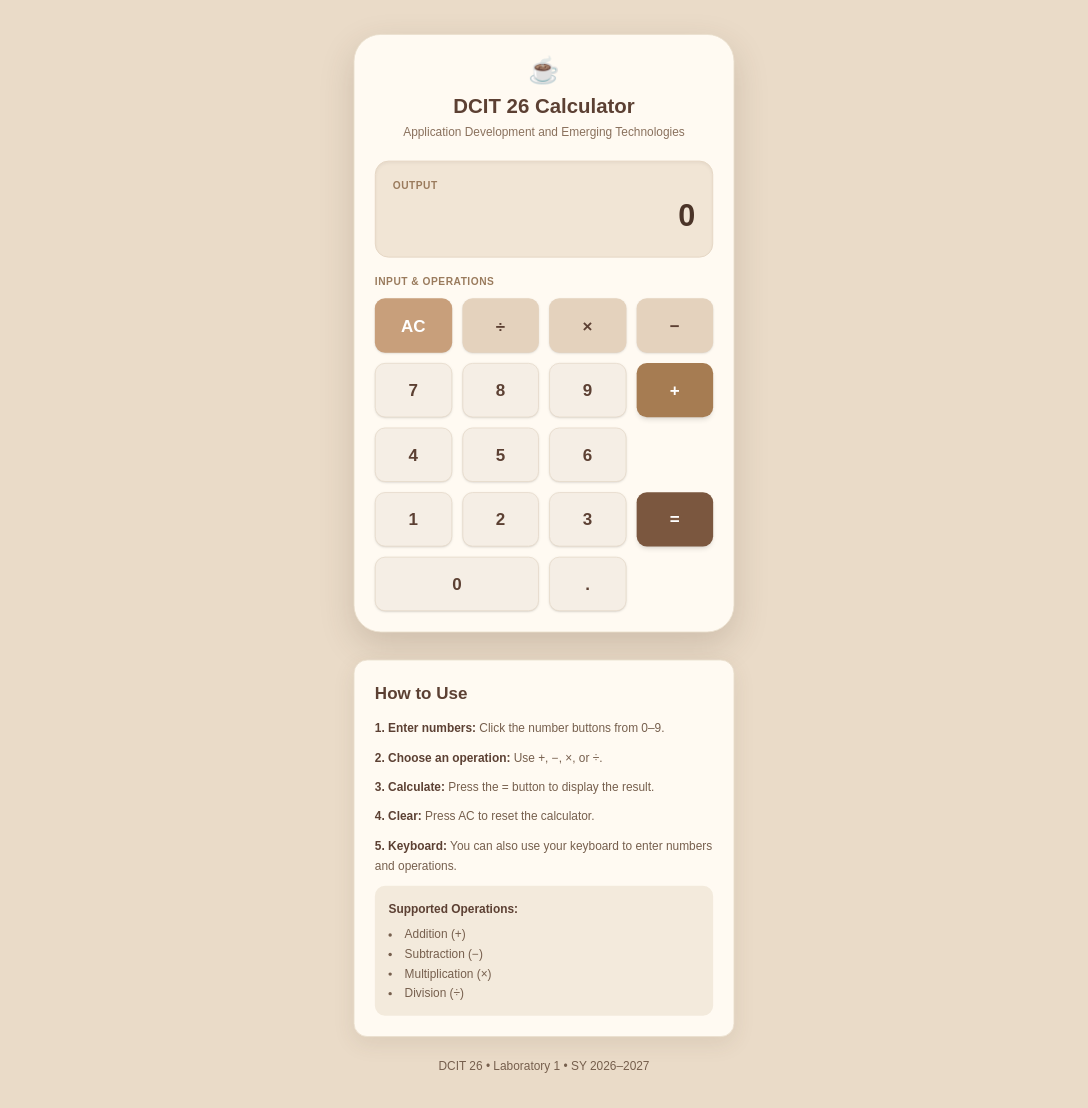
Repository: JulyoGit/first
Page: /
The author's editor kept a copy of each file at every save. The page is drawn from the files as they stood at one save, then again after the next save.
The browser window is 1280 px wide. The pictures show the whole page, at 85% of full size.
The project was rebuilt for these pictures with package versions that can differ from the ones it lists, and the page was loaded fresh each time. Also part of the build but not shown: vite.config.js.

Above is the page before, as saved 2026-09-23 15:05:44.

After the next save:
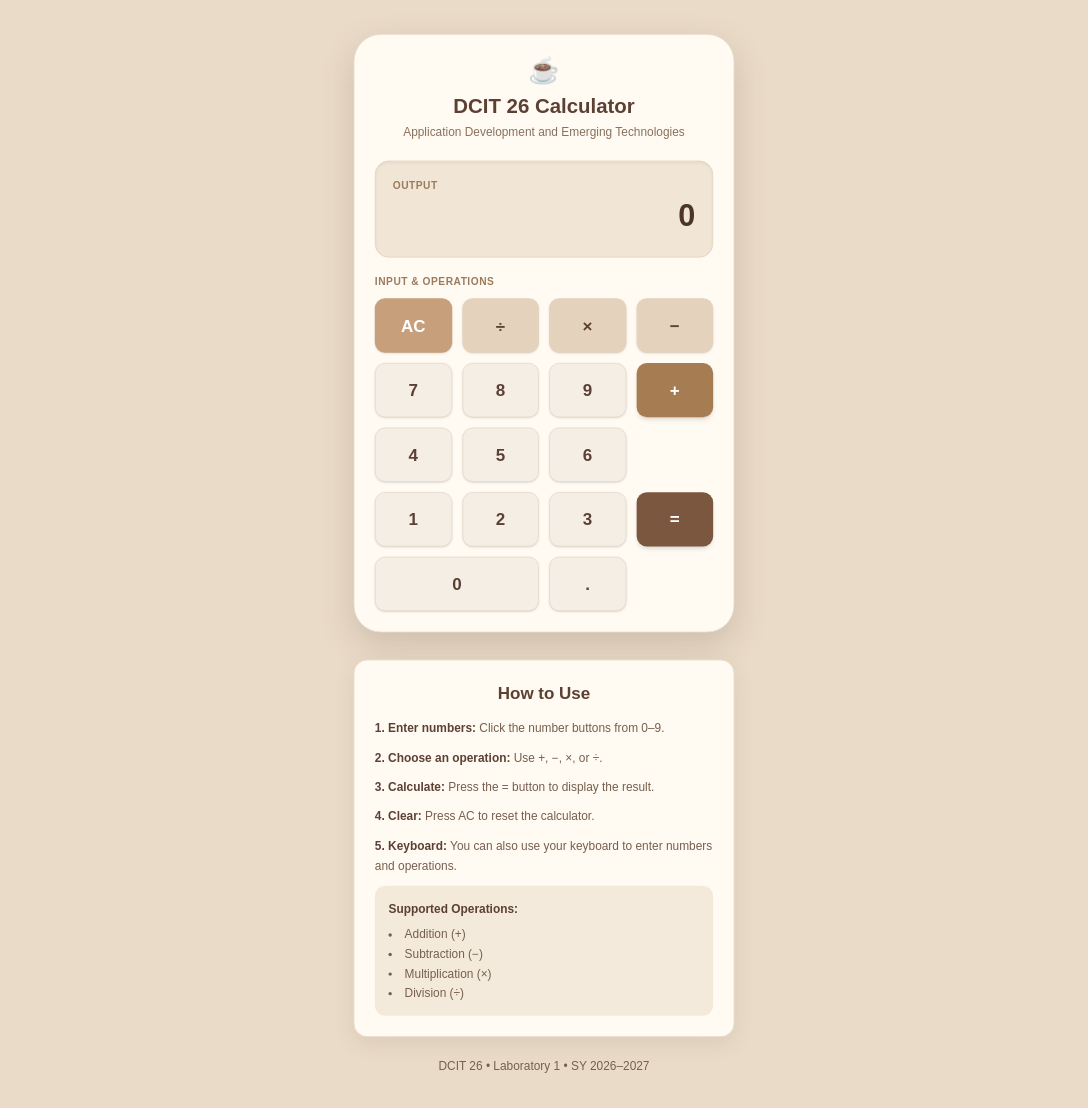
Saved 74 s later.
--- a/src/App.jsx
+++ b/src/App.jsx
@@ -15,7 +15,7 @@ function CalculatorButton({ children, onClick, className = "" }) {
 function UserGuide() {
   return (
     <section className="mt-8 rounded-2xl bg-[#fffaf2] p-6 shadow-[0_8px_25px_rgba(90,65,45,0.10)] border border-[#eadfce]">
-      <h2 className="mb-4 text-xl font-bold text-[#5c4033]">
+      <h2 className="mb-4 text-xl font-bold text-[#5c4033] text-center">
         How to Use
       </h2>
 
